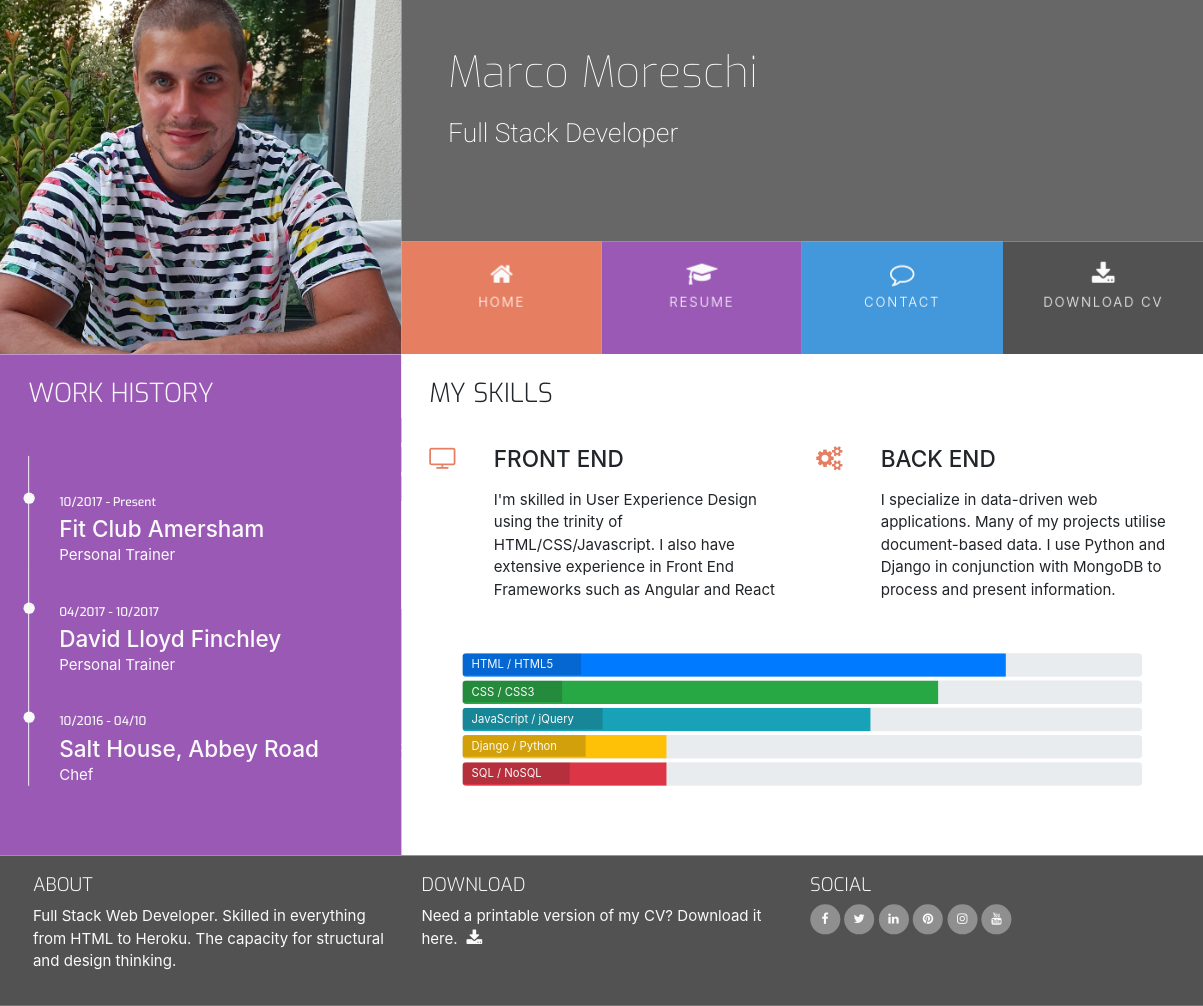
Repository: marcomoreschi/Mini-Project
Page: resume.html
The author's editor kept a record of every edit. The page is drawn from the files as they stood at one moment, then again after the next edit.
The browser window is 1280 px wide. The pictures show the whole page, at 94% of full size.
Some web libraries are served in a nearby version.

Above is the page before.

After the next edit:
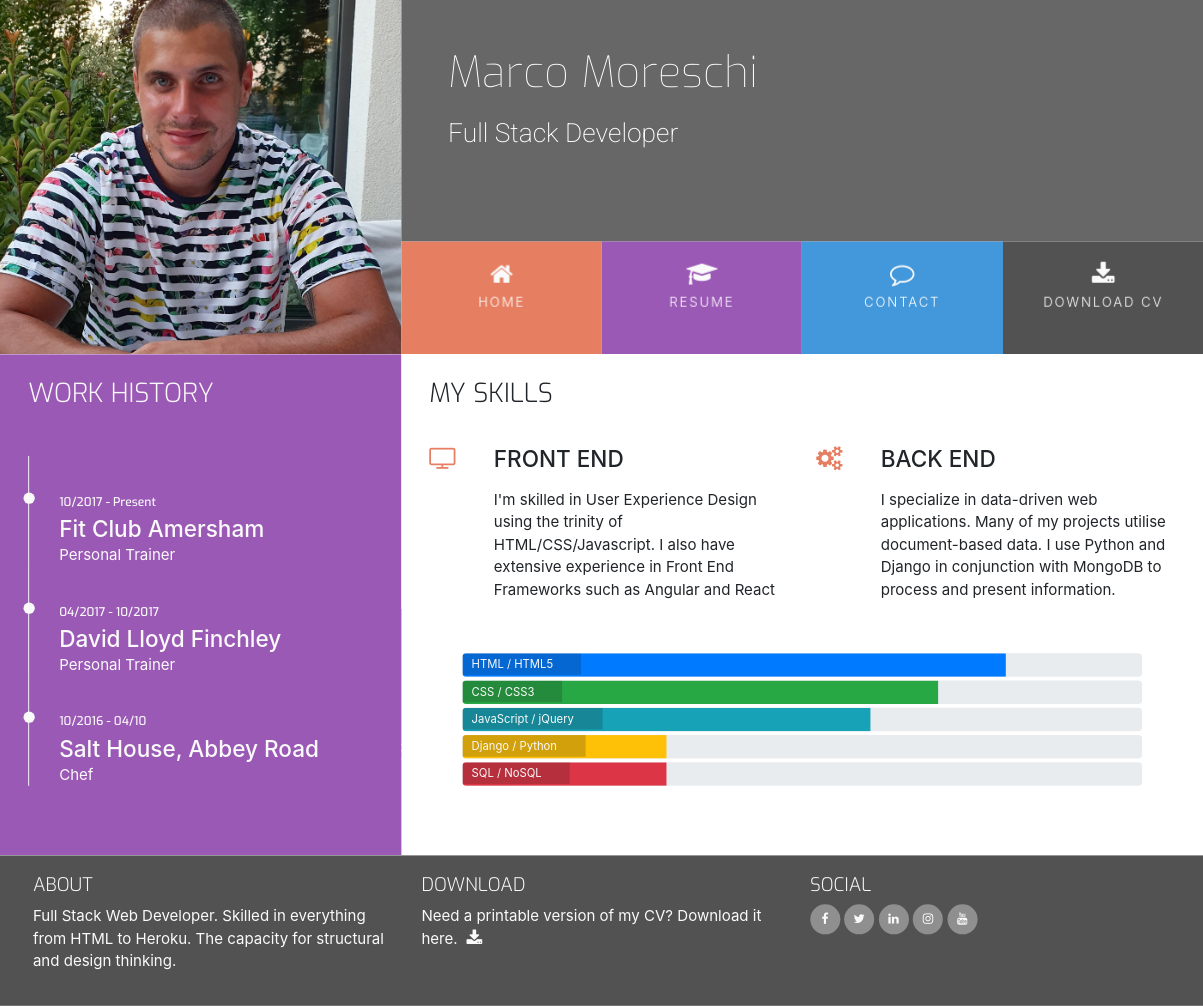
The edit:
--- a/resume.html
+++ b/resume.html
@@ -182,12 +182,6 @@
                     </li>
                     <li class="list-inline-item">
                         <a target="_blank" href="#">
-                            <i class="fa fa-pinterest" aria-hidden="true"></i>
-                            <span class="sr-only">Pinterest</span>
-                        </a>
-                    </li>
-                    <li class="list-inline-item">
-                        <a target="_blank" href="#">
                             <i class="fa fa-instagram" aria-hidden="true"></i>
                             <span class="sr-only">Instagram</span>
                         </a>
